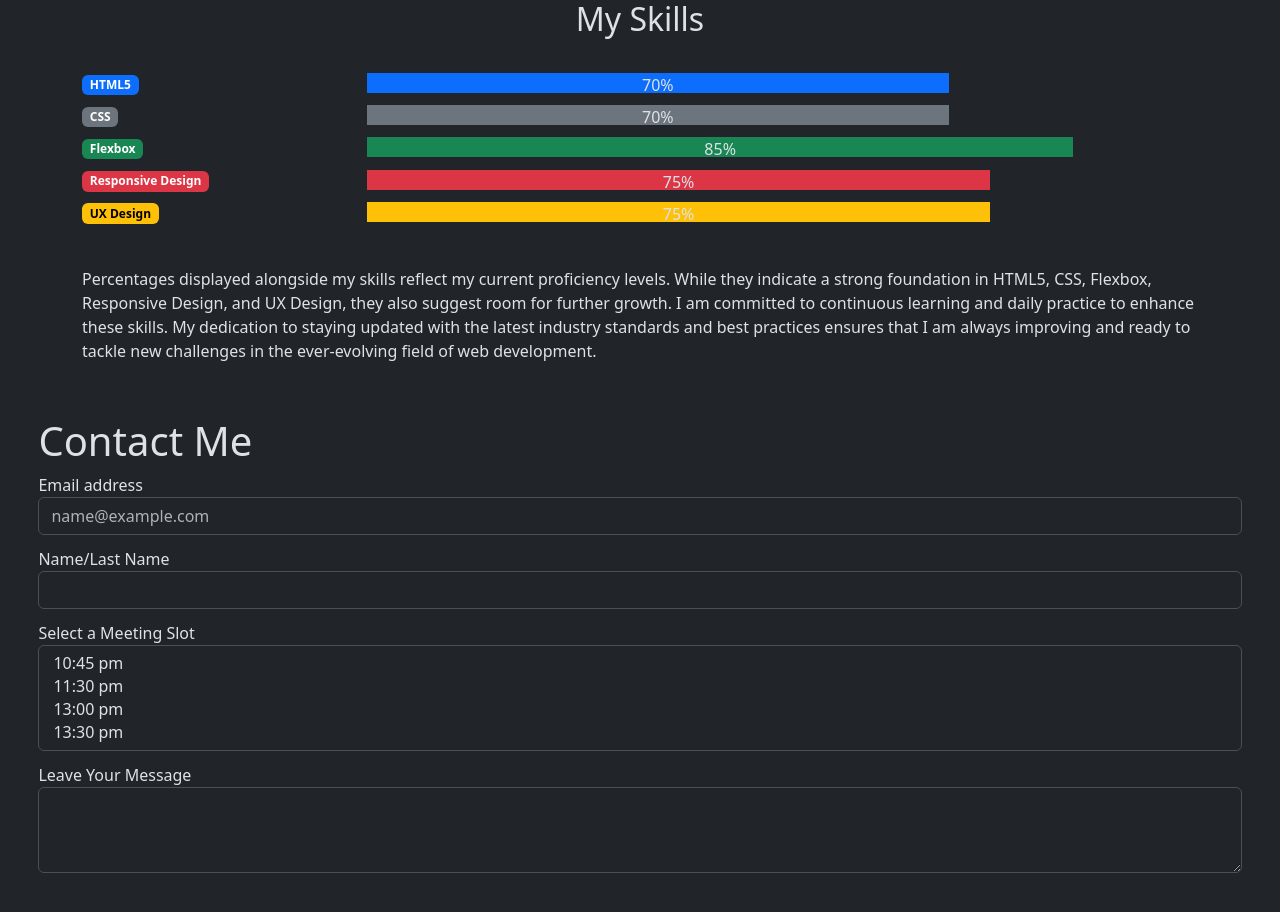
Repository: uvee35/Bootstrap-Portfolio
Page: index.html
The author's editor kept a copy of each file at every save. The page is drawn from the files as they stood at one save, then again after the next save.
The browser window is 1280 px wide. The pictures show the part of the page from y = 1074 to 1986 px (the page is 1986 px tall before and 1971 px after).
A picture or video elsewhere on the page could not be fetched, so the positions and the page height are approximate.

Above is the page before, as saved 2023-12-18 20:11:43.

After the next save:
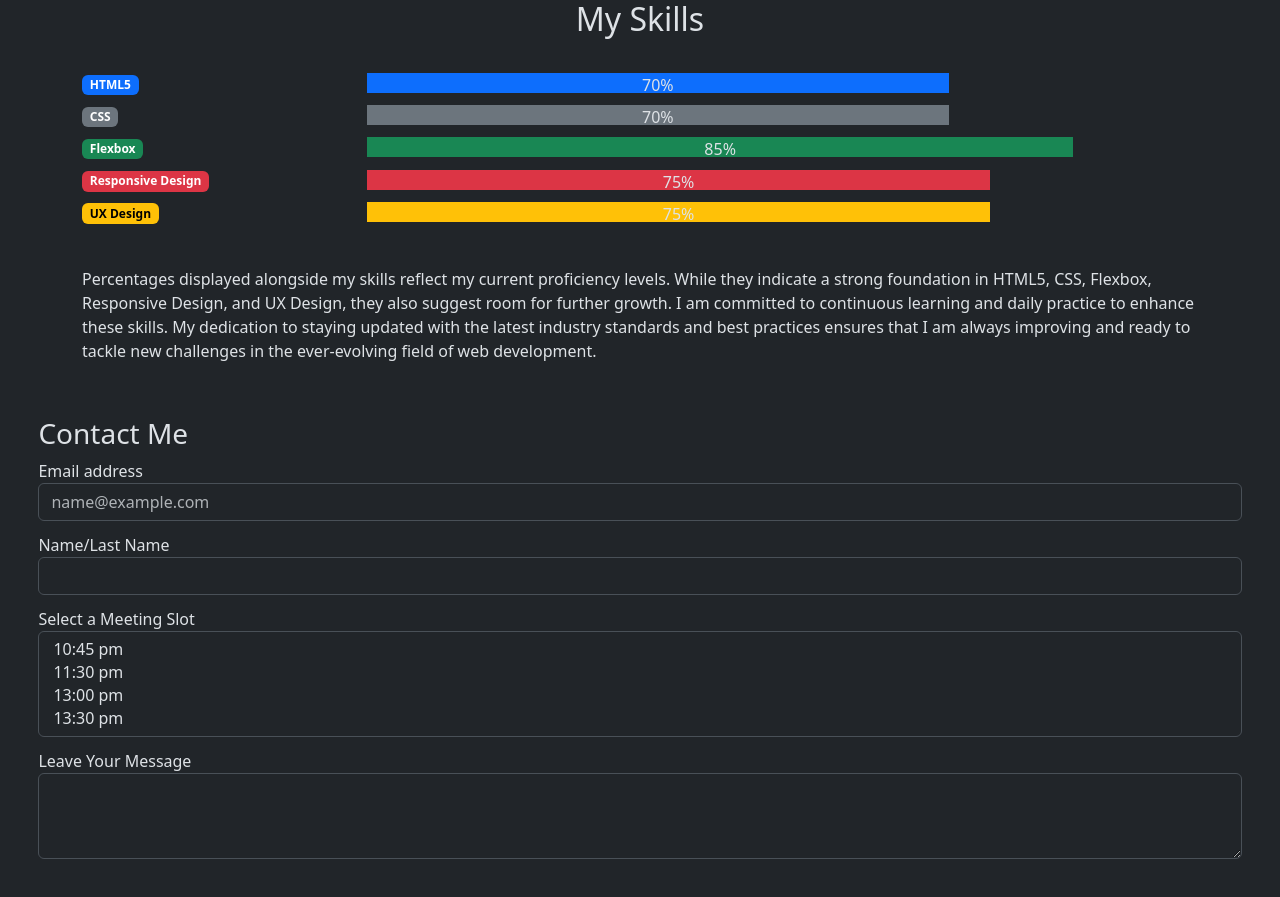
Saved 11 s later.
--- a/index.html
+++ b/index.html
@@ -256,7 +256,7 @@
     <!-- Contact Me -->
 
     <form style="padding: 3%" style="display: flex; justify-content: center">
-      <h1>Contact Me</h1>
+      <h3>Contact Me</h3>
       <div class="form-group">
         <label for="exampleFormControlInput1">Email address</label>
         <input
